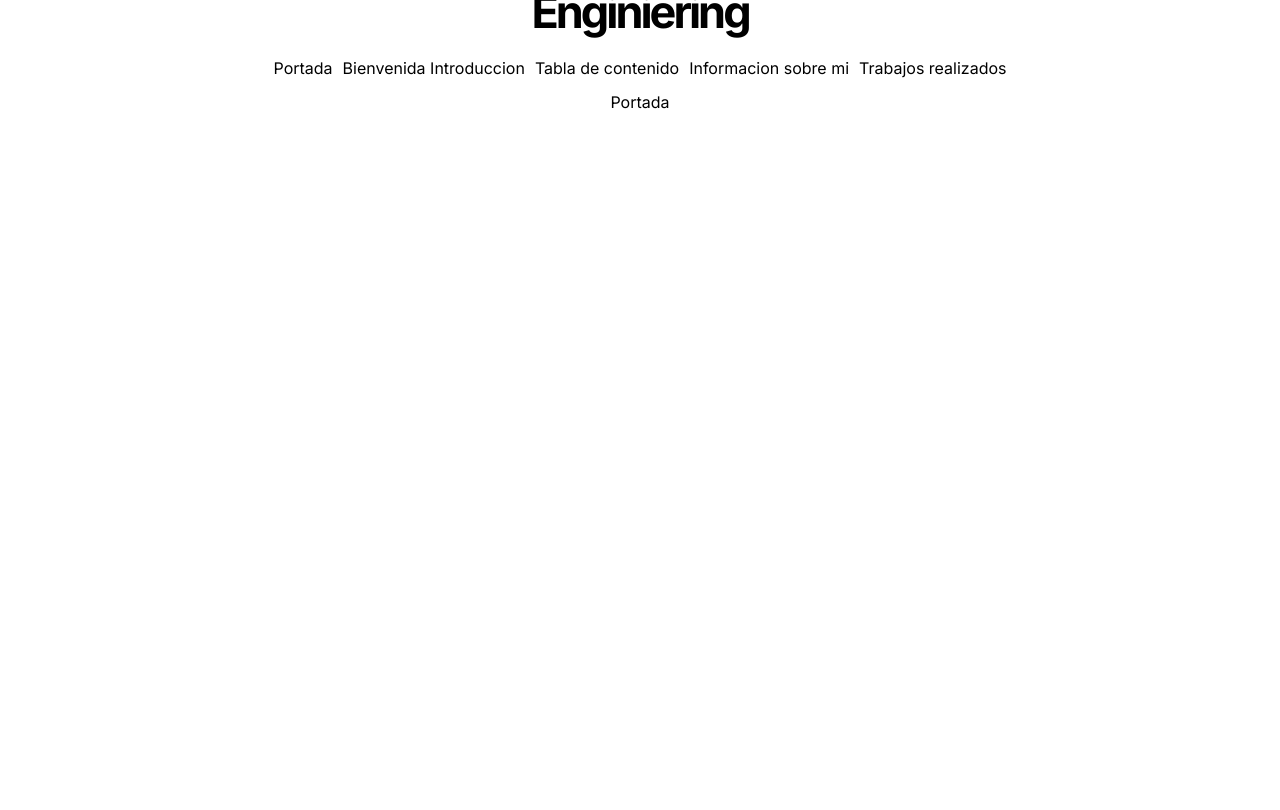
Repository: devsecops-node/portafolio-nextj-pages
Page: /
An editor plug-in stored every save of this project. The page is shown before and after the next save, followed by the edit.
The browser window is 1280 px wide. The pictures show the whole page.
The project was rebuilt for these pictures with package versions that can differ from the ones it lists, and the page was loaded fresh each time. The framework's server and built-in components were replaced by stand-ins that run in the browser. Also part of the build but not shown: next.config.js, src/styles/transitionPage.module.css.

Above is the page before, as saved 2024-01-15 03:46:45.

### src/app/page.js
"use client"
import Dashboard from '@/components/Dashboard'
import Transition from '@/components/Transition'
import Image from 'next/image'
import { useEffect, useState } from 'react'

export default function Home() {
  const [showAnimation, setShowAnimation] = useState(true)

  useEffect(() => {
    console.log('Ejecutando')
    setTimeout(() => {
      setShowAnimation(false)
    }, 2000)
  }, [])
  return (
    <main className='h-[100vh]'>
      {showAnimation ? <Transition /> : <Dashboard />}
    </main>
  )
}

### src/components/Dashboard.jsx
import React from 'react'
import stles from "@/styles/dashboard.module.css"
import Portada from './Portada'

const Dashboard = () => {
  return (
    <section className={stles.home_view}>
      <div className={stles.home_view_principal}>
        <p className={stles.animar_text} id='detec'> Hey, I am <span className="animacion-bolder">Jordan
          Huaman</span>, I am asphiring to <span className={stles.detect}>Software Enginiering</span>
        </p>
      </div>
      <div className={stles.home_view_links}>
        <a href="" className={stles.animar_abajo}>
          <p>Portada</p>
        </a>
        <a href="" className={stles.animar_abajo}>
          <p>Bienvenida Introduccion</p>
        </a>
        <a href="" className={stles.animar_arriba}>
          <p>Tabla de contenido</p>
        </a><a href="" className={stles.animar_arriba}>
          <p>Informacion sobre mi</p>
        </a>
        <a href="" className={stles.animar_abajo}>
          <p>Trabajos realizados</p>
        </a>

      </div>
      <div>
      <Portada/>
      </div>
    </section>
  )
}

export default Dashboard

### src/components/Transition.jsx
import React from 'react'
import styles from "@/styles/transitionPage.module.css"

const Transition = () => {
  return (
    <div className={styles.home}>
      <main className=''>
        <p className={styles.text_1}>Jh</p>
        <p className={styles.text_2}>Jordan Huaman - Porfolio</p>
      </main>
      <footer>
        <p className={styles.text_3}>Software Engineerin - 2024</p>
      </footer>
    </div>
  )
}

export default Transition

### src/styles/dashboard.module.css
/* ? Home-view part */
.home_view {
  height: 100%;
  display: flex;
  flex-direction: column;
  justify-content: center;
  align-items: center;
}

.animar_text {
  animation: apper-2 2s;
  -webkit-animation: apper-2 2s;
}

.home_view_principal {
  width: 90%;
  margin: 0 auto;
}

.home_view_principal p {
  text-align: center;
  font-size: 40px;
}

.home_view_principal p span {
  font-size: 45px;
  letter-spacing: -3px;
  font-weight: bold;
}

.home_view_principal p span:hover .child {
  background-color: red;
}

@keyframes apper-2 {
  0% {
    opacity: 0;
    transform: translateY(-200px);
    -webkit-transform: translateY(-200px);
    -moz-transform: translateY(-200px);
    -ms-transform: translateY(-200px);
    -o-transform: translateY(-200px);
  }

  50% {
    opacity: 1;
    transform: translateY(-20px);
    -webkit-transform: translateY(-20px);
    -moz-transform: translateY(-20px);
    -ms-transform: translateY(-20px);
    -o-transform: translateY(-20px);
  }

  100% {
    opacity: 1;
    transform: translateY(0px);
    -webkit-transform: translateY(0px);
    -moz-transform: translateY(0px);
    -ms-transform: translateY(0px);
    -o-transform: translateY(0px);
  }
}

.home_view_links {
  display: flex;
  padding: 10px;
  justify-content: space-between;
  gap: 10px;
}

/* Line aniamtion */
.line-animation {
  display: inline;
  cursor: pointer;
  position: relative;
  /* padding: 5px; */
}

.line-animation::after {
  /* margin-top: 10px; */
  content: "";
  position: absolute;
  width: 100%;
  height: 3px;
  top: auto;
  bottom: 14px;
  left: -4px;
  transform: scaleX(0);
  box-shadow: 0 5px 0 black;
  transform-origin: bottom right;
  transition: transform 0.5s ease-out;
}

.line-animation:hover:after {
  transform: scaleX(1);
  transform-origin: bottom left;
}

.animacion-bolder {
  animation: animar-bold 2s linear alternate slidein;
  -webkit-animation: animar-bold 2s linear alternate slidein;
}

.animar_arriba{
  animation: apper-arriba 2s;
  -webkit-animation: apper-arriba 2s;
}
.animar_abajo{
  animation: apper-abajo 2s;
  -webkit-animation: apper-abajo 2s;
}

@keyframes apper-arriba {
  0% {
    opacity: 0;
    transform: translateY(200px);
    -webkit-transform: translateY(200px);
    -moz-transform: translateY(200px);
    -ms-transform: translateY(200px);
    -o-transform: translateY(200px);
}

  50% {
    opacity: 1;
    transform: translateY(-20px);
    -webkit-transform: translateY(-20px);
    -moz-transform: translateY(-20px);
    -ms-transform: translateY(-20px);
    -o-transform: translateY(-20px);
  }

  100% {
    opacity: 1;
    transform: translateY(0px);
    -webkit-transform: translateY(0px);
    -moz-transform: translateY(0px);
    -ms-transform: translateY(0px);
    -o-transform: translateY(0px);
  }
}
@keyframes apper-abajo {
  0% {
    opacity: 0;
    transform: translateY(-200px);
    -webkit-transform: translateY(-200px);
    -moz-transform: translateY(-200px);
    -ms-transform: translateY(-200px);
    -o-transform: translateY(-200px);
}

  50% {
    opacity: 1;
    transform: translateY(-20px);
    -webkit-transform: translateY(-20px);
    -moz-transform: translateY(-20px);
    -ms-transform: translateY(-20px);
    -o-transform: translateY(-20px);
  }

  100% {
    opacity: 1;
    transform: translateY(0px);
    -webkit-transform: translateY(0px);
    -moz-transform: translateY(0px);
    -ms-transform: translateY(0px);
    -o-transform: translateY(0px);
  }
}

@keyframes animar-bold {
  0% {
    opacity: 0;
  }

  100% {
    opacity: 1;
  }
}

### src/components/Portada.jsx
import React from 'react'

const Portada = () => {
  return (
    <div className='h-screen'>Portada</div>
  )
}

export default Portada

Loaded but not shown: src/app/layout.js (common file); src/app/globals.css (common file); tailwind.config.js (common file)

After the next save:
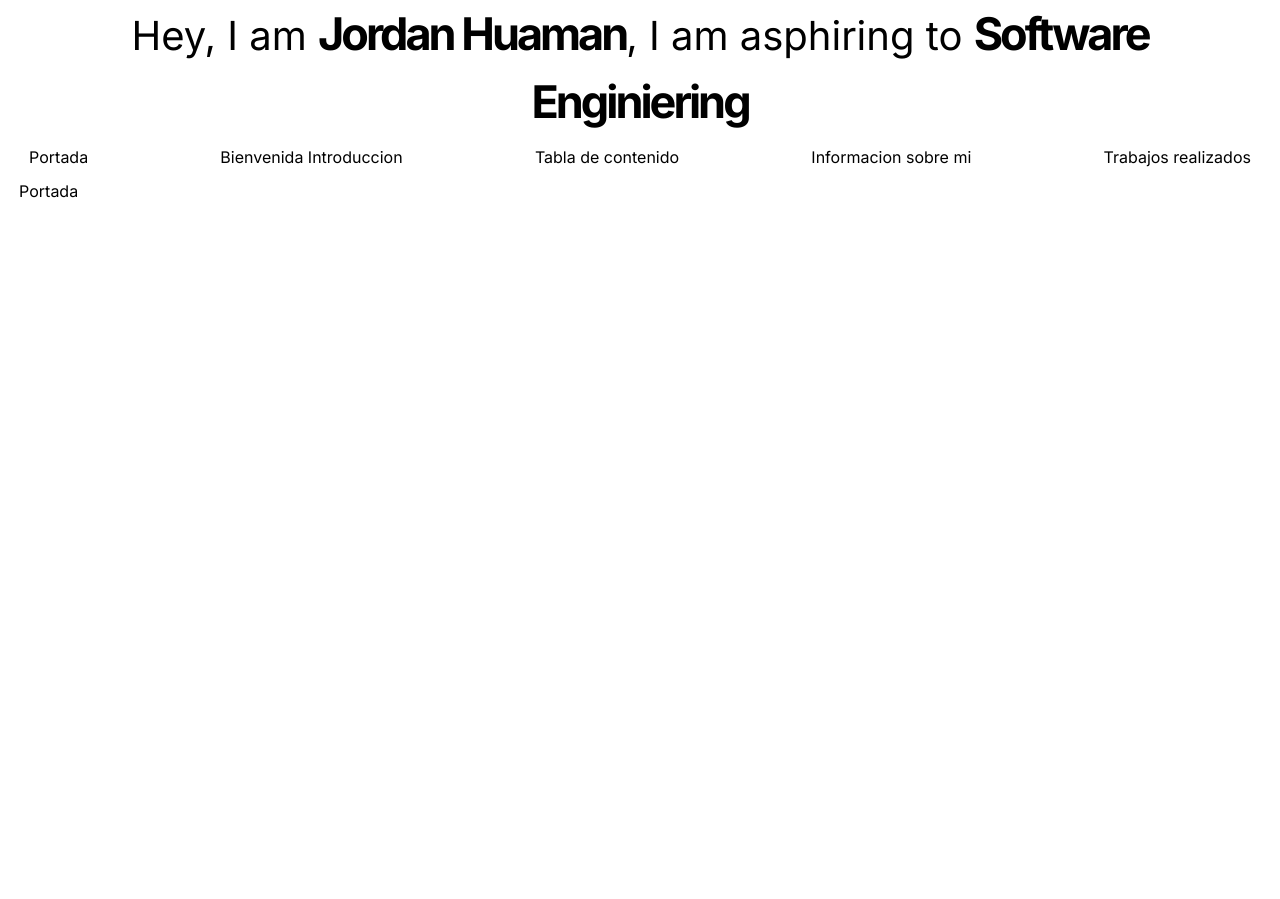
Saved 15 s later.
--- a/src/components/Dashboard.jsx
+++ b/src/components/Dashboard.jsx
@@ -5,30 +5,32 @@ import Portada from './Portada'
 const Dashboard = () => {
   return (
     <section className={stles.home_view}>
-      <div className={stles.home_view_principal}>
-        <p className={stles.animar_text} id='detec'> Hey, I am <span className="animacion-bolder">Jordan
-          Huaman</span>, I am asphiring to <span className={stles.detect}>Software Enginiering</span>
-        </p>
-      </div>
-      <div className={stles.home_view_links}>
-        <a href="" className={stles.animar_abajo}>
-          <p>Portada</p>
-        </a>
-        <a href="" className={stles.animar_abajo}>
-          <p>Bienvenida Introduccion</p>
-        </a>
-        <a href="" className={stles.animar_arriba}>
-          <p>Tabla de contenido</p>
-        </a><a href="" className={stles.animar_arriba}>
-          <p>Informacion sobre mi</p>
-        </a>
-        <a href="" className={stles.animar_abajo}>
-          <p>Trabajos realizados</p>
-        </a>
+      <div className='h-screen'>
+        <div className={stles.home_view_principal}>
+          <p className={stles.animar_text} id='detec'> Hey, I am <span className="animacion-bolder">Jordan
+            Huaman</span>, I am asphiring to <span className={stles.detect}>Software Enginiering</span>
+          </p>
+        </div>
+        <div className={stles.home_view_links}>
+          <a href="" className={stles.animar_abajo}>
+            <p>Portada</p>
+          </a>
+          <a href="" className={stles.animar_abajo}>
+            <p>Bienvenida Introduccion</p>
+          </a>
+          <a href="" className={stles.animar_arriba}>
+            <p>Tabla de contenido</p>
+          </a><a href="" className={stles.animar_arriba}>
+            <p>Informacion sobre mi</p>
+          </a>
+          <a href="" className={stles.animar_abajo}>
+            <p>Trabajos realizados</p>
+          </a>
 
-      </div>
-      <div>
-      <Portada/>
+        </div>
+        <div>
+        </div>
+        <Portada />
       </div>
     </section>
   )
